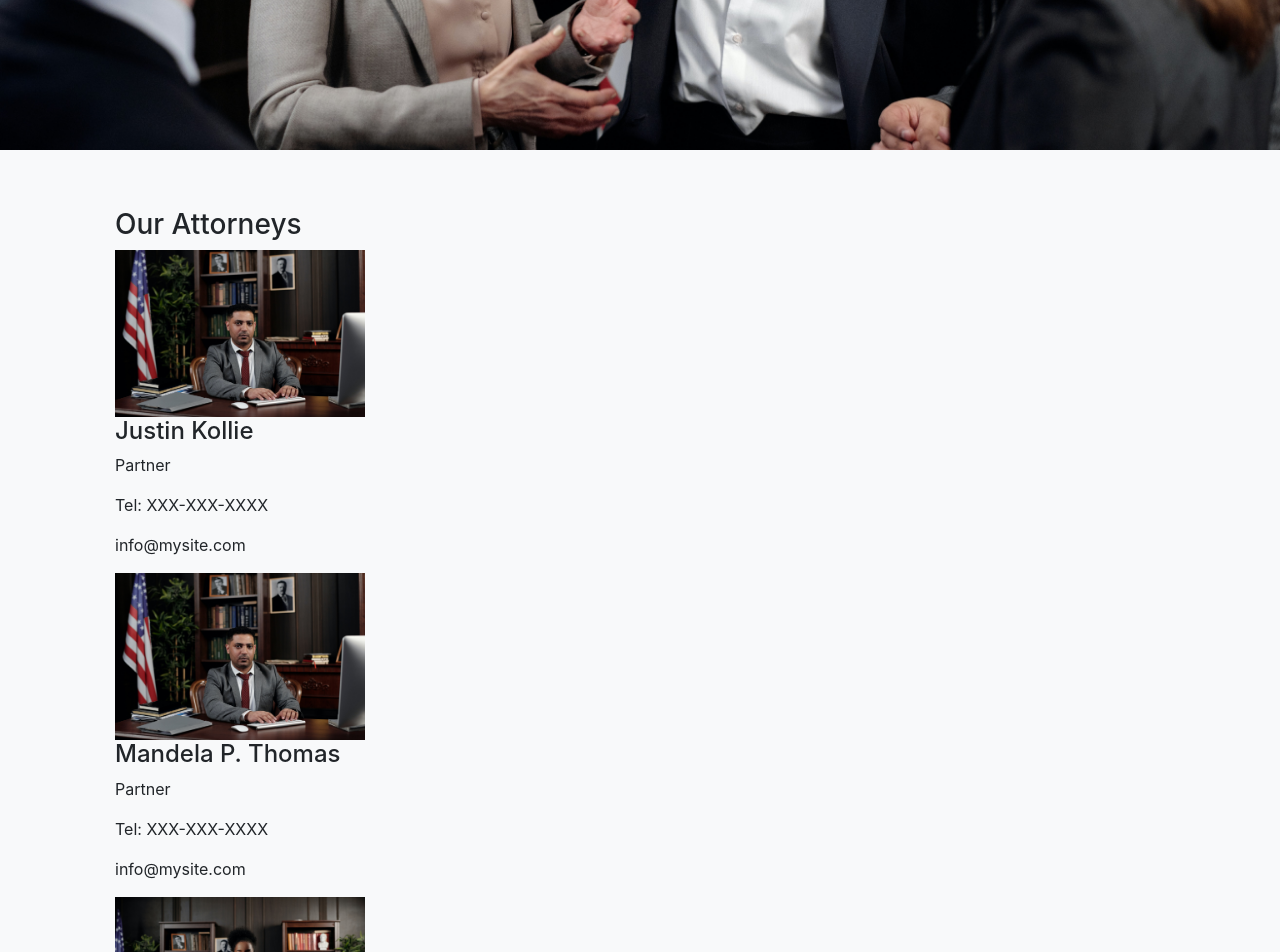
Repository: just-mann/kolllie-kolliellp
Page: index.html
The author's editor kept a copy of each file at every save. The page is drawn from the files as they stood at one save, then again after a run of saves.
The browser window is 1280 px wide. The pictures show the part of the page from y = 2422 to 3374 px (the page is 5349 px tall before and 4702 px after).
Pictures or frames that could not be fetched are drawn as grey boxes. Backgrounds fixed to the window are drawn as part of the page.

Above is the page before, as saved 2021-06-02 05:23:58.

After the next 21 saves:
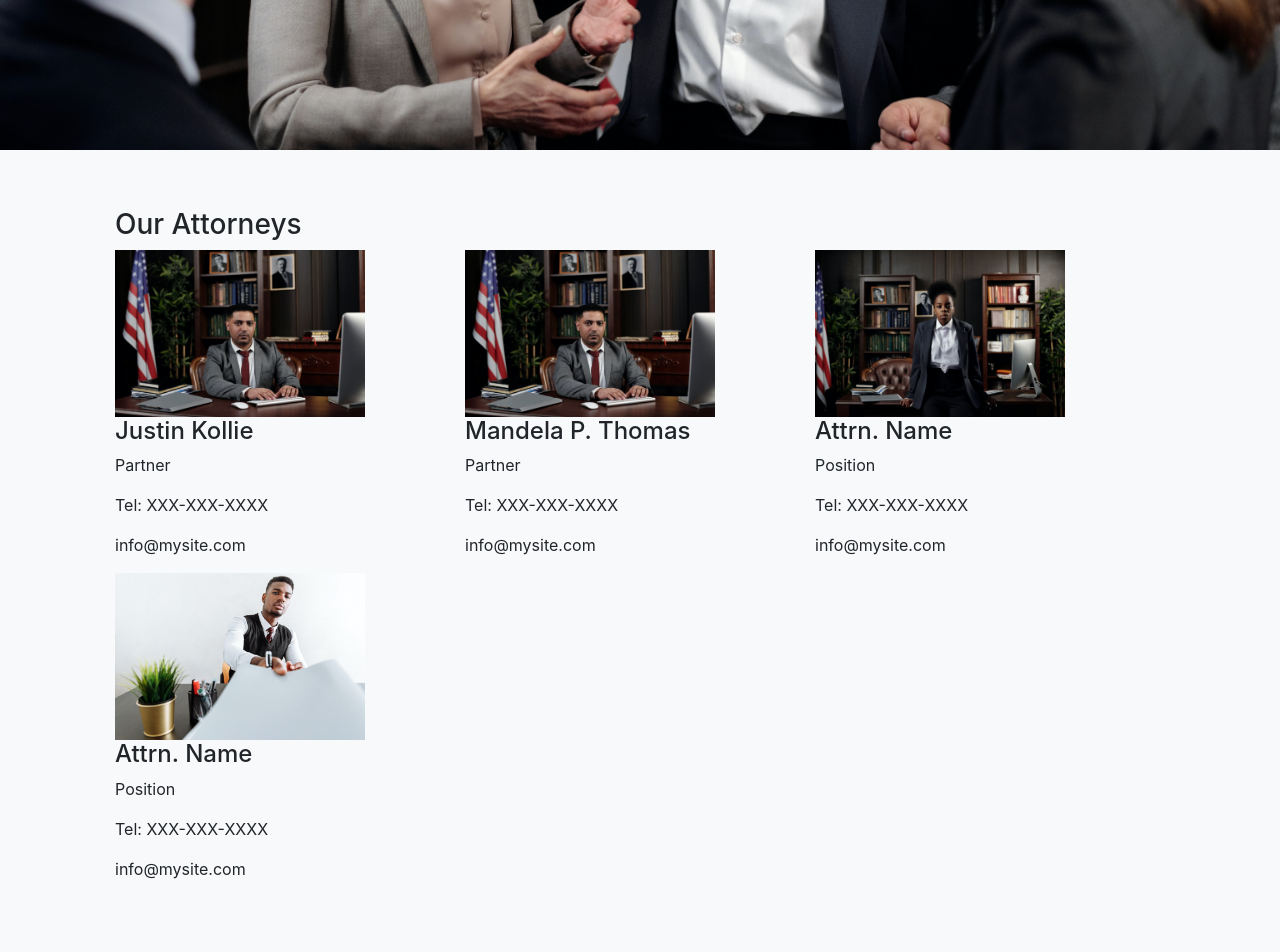
The 21 saves are shown as one change because they came seconds apart.
The last was saved 48 s later.
--- a/assets/css/style.css
+++ b/assets/css/style.css
@@ -259,6 +259,11 @@ form div input, textarea {
         text-align: center;
     }
 
+    .ourAttorneys .myContainer .attorneysDiv {
+        display: grid;
+        grid-template-columns: repeat(3, 1fr);
+    }
+
     .ourAttorneys .myContainer .attorneysDiv .attCard {
         width: 250px;
     }
